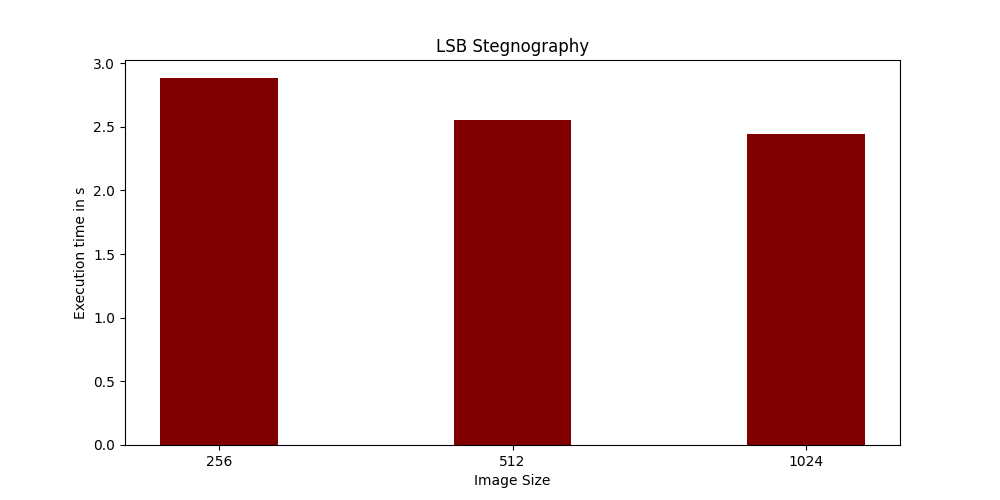
Repository: vishalsinghhh/DNA-cryptography-Project
Script's output: python DNA/Graphs.py
These files come from the project's save history. The script's output is drawn as it stood at one moment and after a run of saves; the edit follows.
Random numbers start from a fixed seed.

Above is the script's output before, as saved 2023-04-11 10:38:28.

### DNA/Graphs.py
import numpy as np
import matplotlib.pyplot as plt


# creating the dataset
data = {'256':2.88, '512':2.55, '1024':2.44}
courses = list(data.keys())
values = list(data.values())

fig = plt.figure(figsize = (10, 5))

# creating the bar plot
plt.bar(courses, values, color ='maroon',
        width = 0.4)

plt.xlabel("Image Size")
plt.ylabel("Execution time in s")
plt.title("LSB Stegnography")
plt.show()

After the next 2 saves:
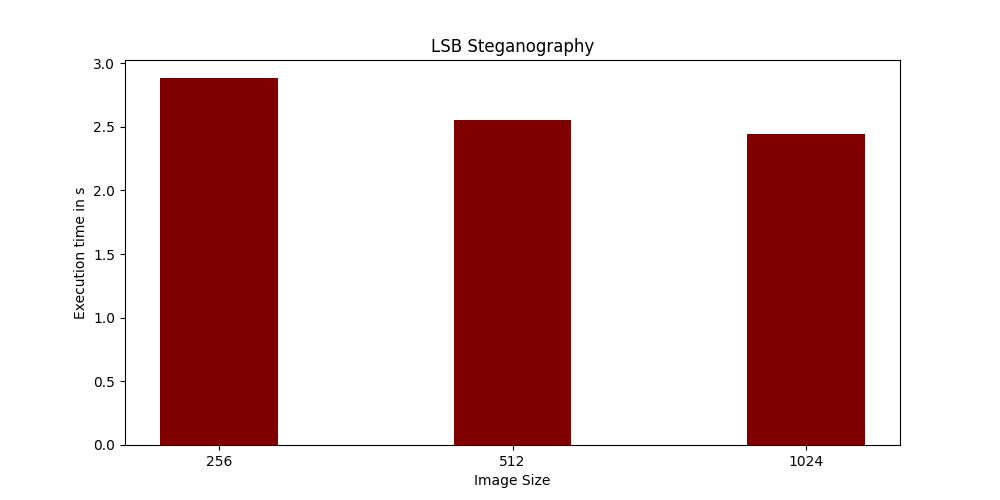
The 2 saves are shown as one change because they came seconds apart.
The last was saved 18 s later.
--- a/DNA/Graphs.py
+++ b/DNA/Graphs.py
@@ -15,5 +15,5 @@ plt.bar(courses, values, color ='maroon',
 
 plt.xlabel("Image Size")
 plt.ylabel("Execution time in s")
-plt.title("LSB Stegnography")
+plt.title("LSB Steganography")
 plt.show()
